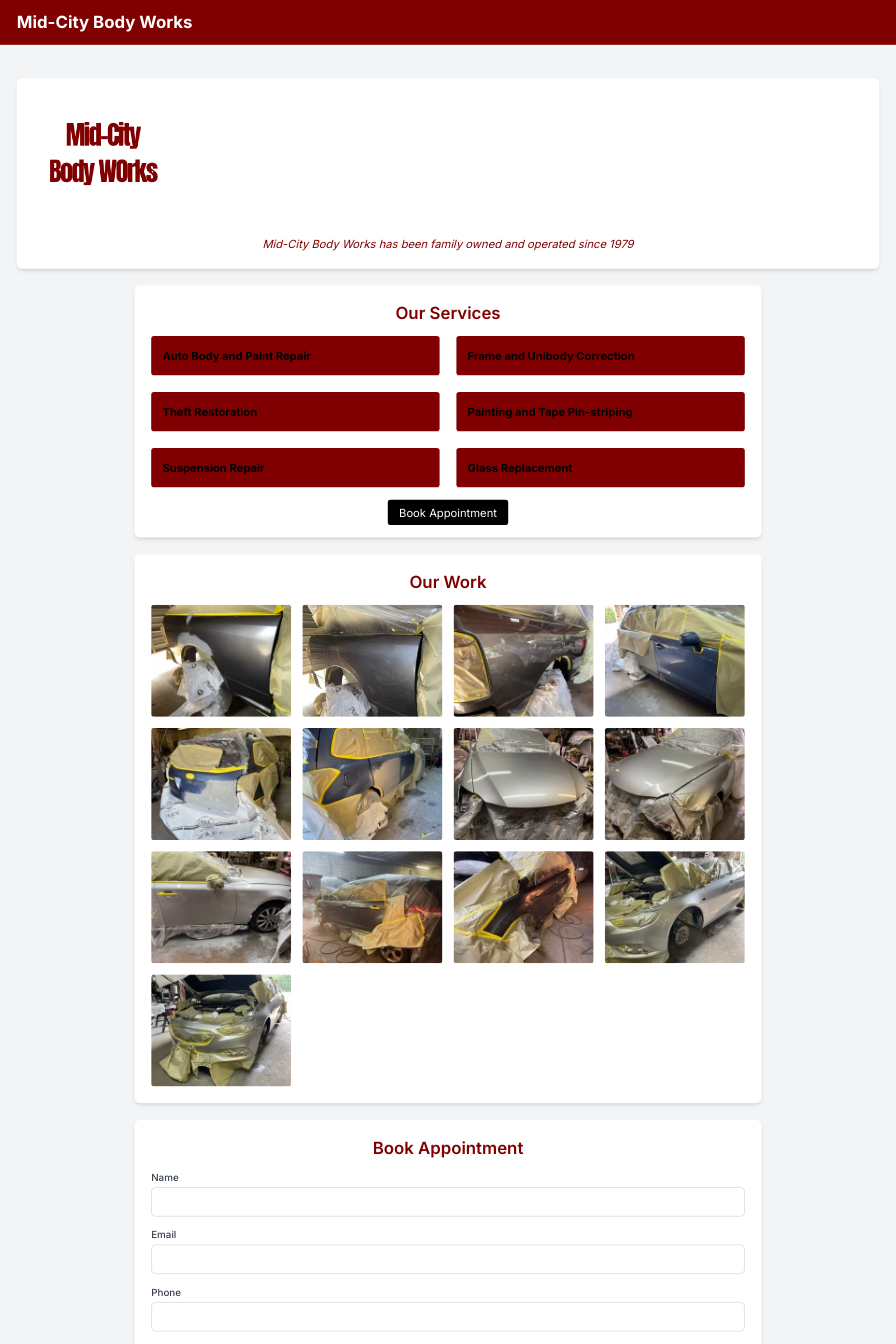
Repository: kayacancode/midcitybodyworks
Page: /
An editor plug-in stored every save of this project. The page is shown before and after the next save, followed by the edit.
The browser window is 1280 px wide. The pictures show the part of the page from y = 0 to 1920 px (the page is 2668 px tall), at 70% of full size.
The project was rebuilt for these pictures with package versions that can differ from the ones it lists, and the page was loaded fresh each time. The framework's server and built-in components were replaced by stand-ins that run in the browser. Also part of the build but not shown: next.config.mjs.

Above is the page before, as saved 2024-06-30 13:25:56.

After the next save:
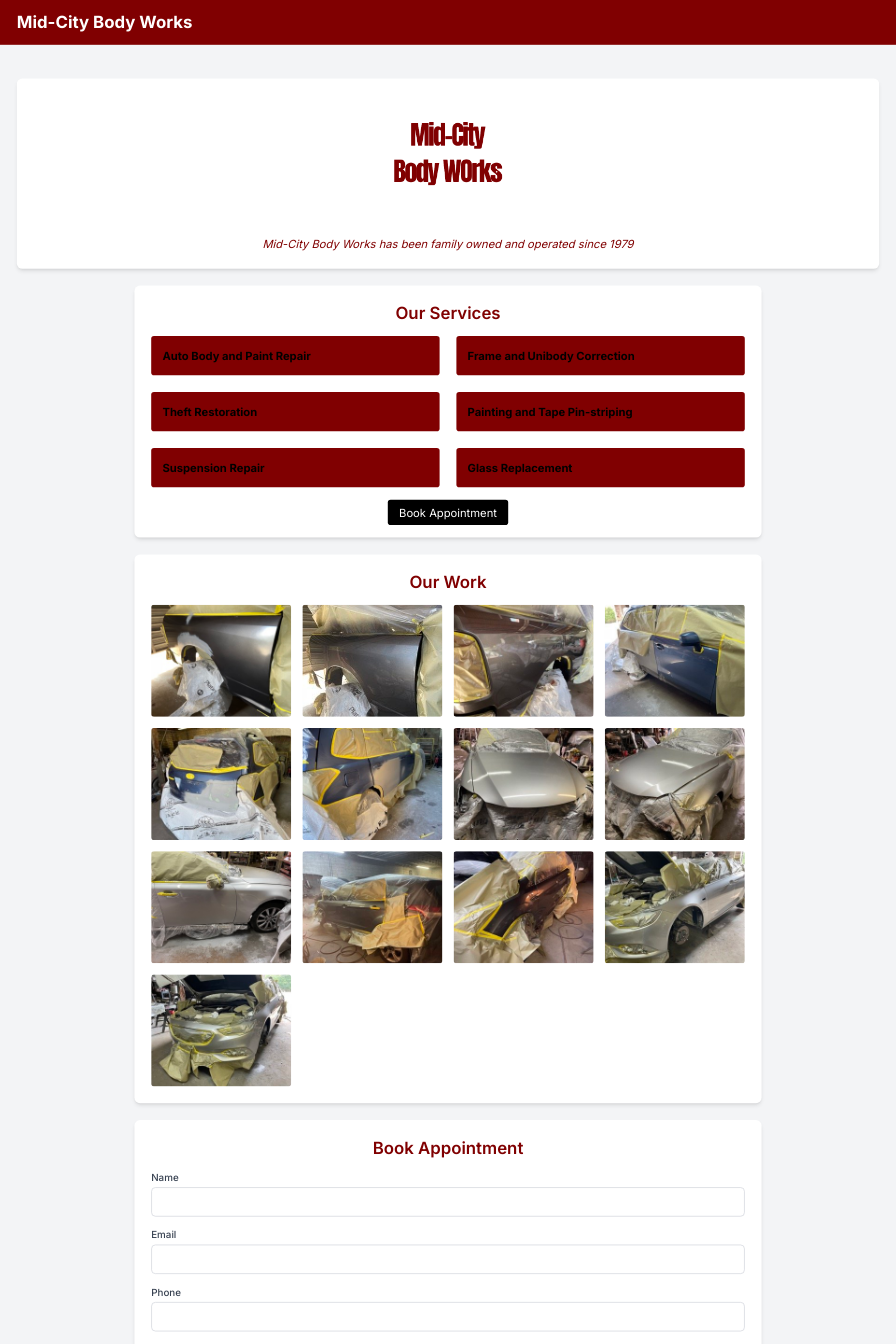
Saved 30 s later.
--- a/src/app/page.js
+++ b/src/app/page.js
@@ -65,12 +65,13 @@ export default function Home() {
 
       {/* Hero Section */}
       <main className="flex flex-col items-center p-6">
-        <section id="home" className="w-full bg-white p-6 rounded-lg shadow-md mt-6 text-center text-[#800001]">
-          <div className="">
-          <Image src="/logo1.png" alt="Placeholder Image 1" width = {200} height={200} className="rounded" />
-</div>
-          <p className="italic">Mid-City Body Works has been family owned and operated since 1979</p>
-        </section>
+      <section id="home" className="w-full bg-white p-6 rounded-lg shadow-md mt-6 text-center text-[#800001]">
+  <div className="flex justify-center">
+    <Image src="/logo1.png" alt="Placeholder Image 1" width={200} height={200} className="rounded" />
+  </div>
+  <p className="italic">Mid-City Body Works has been family owned and operated since 1979</p>
+</section>
+
 
         {/* Our Services Section */}
         <section className="w-full max-w-4xl bg-white p-6 rounded-lg shadow-md mt-6">
